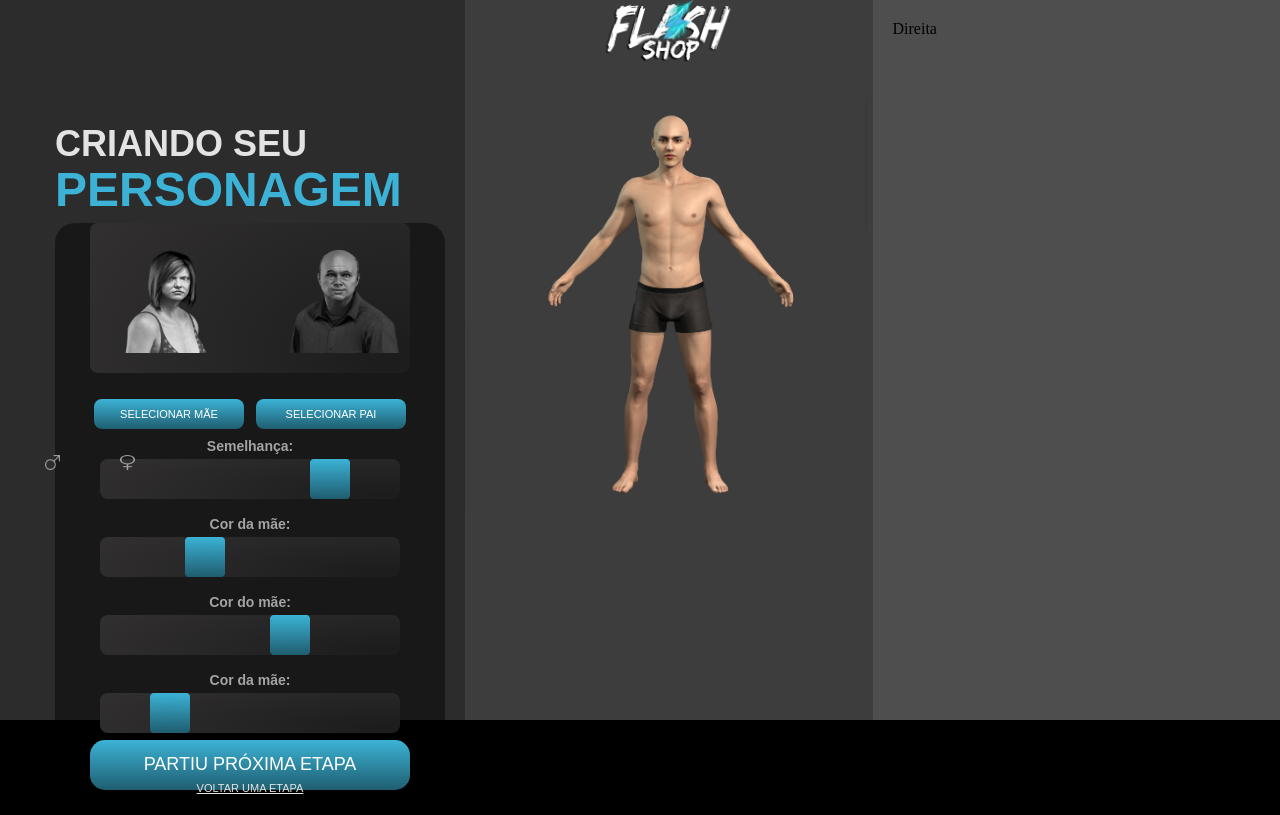
Repository: DuMCorrea/CriandoPerso
Page: index.html
The author's editor kept a copy of each file at every save. The page is drawn from the files as they stood at one save, then again after a run of saves.
The browser window is 1280 px wide. The pictures show the whole page.

Above is the page before, as saved 2024-08-29 15:35:41.

### index.html
<!DOCTYPE html>
<html lang="en">
<head>
    <meta charset="UTF-8">
    <meta name="viewport" content="width=device-width, initial-scale=1.0">
    <title>Dividindo a Tela com Imagens</title>
    <link rel="stylesheet" href="styles.css">
</head>
<body>
    <div class="container">
        <div class="left">
            <h1 class="title">
                <span class="part1">CRIANDO SEU</span>
                <span class="part2">PERSONAGEM</span>
            </h1>
            <div class="vertical-rectangle">
                <div class="image-rectangle">
                    <img src="assets/mulher.png" alt="Imagem 1" class="rectangle-image">
                    <img src="assets/homem.png" alt="Imagem 2" class="rectangle-image">
                </div>
                <div class="button-group">
                    <button class="top-button">SELECIONAR MÃE</button>
                    <button class="top-button">SELECIONAR PAI</button>
                </div>
                <div class="rectangles-group">
                    <div class="image-container">
                        <img src="assets/Fem.png" alt="Imagem 1" class="small-image left-image">
                        <img src="assets/Masc.png" alt="Imagem 2" class="small-image right-image">
                    </div>
                    <div class="rectangle-title">Semelhança:</div>
                    <div class="gradient-rectangle">
                        <img src="assets/quadradoAzul.png" alt="Imagem 1" class="small-image1">
                    </div>

                    <div class="rectangle-title">Cor da mãe:</div>
                    <div class="gradient-rectangle">
                        <img src="assets/quadradoAzul.png" alt="Imagem 2" class="small-image2">
                    </div>

                    <div class="rectangle-title">Cor do mãe:</div>
                    <div class="gradient-rectangle">
                        <img src="assets/quadradoAzul.png" alt="Imagem 3" class="small-image3">
                    </div>

                    <div class="rectangle-title">Cor da mãe:</div>
                    <div class="gradient-rectangle">
                        <img src="assets/quadradoAzul.png" alt="Imagem 4" class="small-image4">
                    </div>
                </div>
                <button class="rectangle-button">PARTIU PRÓXIMA ETAPA</button>
                <button class="back-button">VOLTAR UMA ETAPA</button>
            </div>
        </div>
        <div class="center">
            <img src="assets/FlashStore 1 (1).png" alt="Imagem 1" class="top-image">
            <img src="assets/boneco 2.png" alt="Imagem 2" class="center-image">
        </div>
        <div class="right">Direita</div>
    </div>
</body>

</html>

### styles.css
body, html {
    margin: 0;
    padding: 0;
    height: 100%;
    display: flex;
    justify-content: center;
    align-items: center;
    background-color: #000; /* Fundo escuro */
}

.container {
    display: flex;
    width: 100%;
    height: 100%;
}

.container > div {
    flex: 1; /* Cada div ocupa 1/3 do espaço disponível */
    height: 100%;
    padding: 20px;
    box-sizing: border-box;
}



/* PARTE ESQUERDA */



.left {
    background-color: #2c2c2c;
    display: flex;
    flex-direction: column;
    justify-content: flex-start;
    align-items: flex-start;

}

.title {
    margin: 100px 0 0 0; /* Adiciona margem superior para mover o título para baixo */
    padding: 0;
}

.part1 {
    font-family: 'Baloo Bhai', sans-serif;
    font-size: 36px;
    font-weight: 700; /* Aumenta o peso da fonte para deixá-la mais grossa */
    line-height: 48px;
    text-align: left;
    color: #E3E3E3;
    display: block;
    margin-bottom: -10px; /* Reduz a distância entre as duas partes do título */
    margin-left: 35px;
}

.part2 {
    font-family: 'Baloo Bhai', sans-serif;
    font-size: 48px;
    font-weight: 700; /* Aumenta o peso da fonte para deixá-la mais grossa */
    line-height: 64px;
    text-align: left;
    color: #3CB3D6;
    display: block;
    margin-left: 35px;
}

.vertical-rectangle {
    width: 390px; /* Largura do retângulo */
    height: 630px; /* Altura do retângulo */
    background: #00000075; /* Cor de fundo com opacidade */
    border-radius: 20px; /* Bordas arredondadas */
    margin-left: 35px; /* Alinhamento com o título */
    margin-top: 1px; /* Espaço entre o título e o retângulo */
    display: flex;
    flex-direction: column;
    justify-content: space-between; /* Distribui o espaço */
    align-items: center; /* Centraliza os conteúdos */
}


.rectangle-button {
    width: 320px; /* Largura do botão */
    height: 50px; /* Altura do botão */
    background: linear-gradient(180deg, #3CB3D6 0%, #1F5E70 100%); /* Gradiente de cor */
    border-radius: 15px; /* Bordas arredondadas */
    border: none; /* Remove borda padrão do botão */
    color: white; /* Cor do texto */
    font-family: 'Baloo Bhai', sans-serif;
    font-size: 18px; /* Tamanho do texto */
    display: flex;
    justify-content: center; /* Centraliza horizontalmente */
    align-items: center; /* Centraliza verticalmente */
    margin-bottom: -15px; /* Ajusta o espaçamento superior */
    cursor: pointer;
}

.back-button {
    background: none; /* Remove o fundo */
    border: none; /* Remove a borda */
    color: #E3E3E3; /* Cor do texto */
    font-family: 'Baloo Bhai', sans-serif;
    font-size: 11px; /* Tamanho do texto */
    margin-bottom: 20px; /* Espaçamento superior ajustado */
    text-decoration: underline; /* Adiciona sublinhado */
    cursor: pointer; /* Muda o cursor ao passar por cima */
}


.button-group {
    display: flex;
    justify-content: space-between; /* Espaça os botões igualmente */
    width: 0%; /* Largura igual à do retângulo */
    padding: 10px 20px; /* Adiciona espaçamento ao redor dos botões */
}

.top-button {
    width: 50px; /* Largura dos botões */
    height: 40px; /* Altura dos botões */
    background: linear-gradient(180deg, #3CB3D6 0%, #1F5E70 100%); /* Gradiente de cor */
    border-radius: 15px; /* Bordas arredondadas */
    border: none; /* Remove borda padrão do botão */
    color: white; /* Cor do texto */
    font-family: 'Baloo Bhai', sans-serif;
    font-size: 16px; /* Tamanho do texto */
    display: flex;
    justify-content: center; /* Centraliza horizontalmente */
    align-items: center; /* Centraliza verticalmente */
    cursor: pointer;
}




.gradient-rectangle {
    width: 300px; /* Largura igual ao botão */
    height: 40px; /* Altura padrão para cada retângulo, ajuste conforme necessário */
    background: radial-gradient(547.21% 823.76% at 94.51% 88.04%, #1D1C1C 0%, #837E7E 100%);
    border-radius: 8px; /* Bordas arredondadas, igual ao botão */
    margin-bottom: 1px; /* Diminui a distância entre os retângulos */
    margin-top: 38px;
    margin-left: 0px;
}

.rectangle-title {
    width: 300px; /* Largura igual ao botão e retângulos */
    height: 30px; /* Altura do título */
    border-radius: 8px; /* Bordas arredondadas */
    display: flex;
    align-items: center; /* Centraliza verticalmente o texto */
    justify-content: center; /* Centraliza horizontalmente o texto */
    color: #A4A4A4; /* Cor do texto */
    font-weight: 700;
    font-family: 'Baloo Bhai', sans-serif;
    font-size: 14px; /* Tamanho do texto */
    margin-bottom: -40px; /* Espaçamento entre o título e o retângulo */
    margin-top: 10px;

}

.image-container {
    width: 50%;
    display: flex;
    justify-content: space-between; /* Coloca uma imagem em cada lado */
    position: absolute; /* As imagens ficam fora do fluxo normal */
    top: 10px; /* Ajusta a posição acima do retângulo */
    padding: 0 10px; /* Espaçamento lateral entre as bordas */
}

.small-image {
    width: 15px; /* Define o tamanho da imagem */
    height: 15px;
}

.left-image {
    position: relative;
    left: 10px;
    top: 445px;
}

.right-image {
    position: relative;
    right: 690px;
    top: 445px
}

.small-image1 {
    width: 40px;
    height: 40px;
    left: 210px;
    position: relative;
}
.small-image2 {
    width: 40px;
    height: 40px;
    left: 85px;
    position: relative;
}
.small-image3 {
    width: 40px;
    height: 40px;
    left: 170px;
    position: relative;
}
.small-image4 {
    width: 40px;
    height: 40px;
    left: 50px;
    position: relative;
}

.button-group {
    display: flex;
    justify-content: space-between; /* Espaça os botões igualmente */
    width: 80%; /* Largura do grupo de botões */
    height: 1%;
    top: 10px;
    position: relative;
}

.top-button {
    width: 150px; /* Largura dos botões */
    height: 30px; /* Altura dos botões */
    background: linear-gradient(180deg, #3CB3D6 0%, #1F5E70 100%); /* Gradiente de cor */
    border-radius: 8px; /* Bordas arredondadas */
    border: none; /* Remove borda padrão do botão */
    color: white; /* Cor do texto */
    font-family: 'Baloo Bhai', sans-serif;
    font-size: 11px; /* Tamanho do texto */
    cursor: pointer;
}

.rectangles-group {
    margin-top: 10px; /* Ajusta o espaçamento superior */
}

.image-rectangle {
    width: 300px; /* Largura do retângulo */
    height: 150px; /* Altura do retângulo */
    background: radial-gradient(547.21% 823.76% at 94.51% 88.04%, #1D1C1C 0%, #837E7E 100%); /* Gradiente de fundo */
    border-radius: 8px; /* Bordas arredondadas */
    display: flex;
    justify-content: space-between; /* Espaça as imagens igualmente */
    align-items: center; /* Centraliza verticalmente */
    padding: 0 10px; /* Espaçamento lateral interno */
}

.rectangle-image {
    width: 110px; /* Largura das imagens */
    height: 110px; /* Altura das imagens */
}

/* PARTE CENTRAL */



.center {
    background-color: #3d3d3d; /* Cor de fundo para a div central */
    display: flex;
    flex-direction: column;
    align-items: center;
    justify-content: space-between; /* Distribui o espaço entre as imagens */
}


.top-image {
    max-width: 40%;
    height: auto;
    margin-top: -60px;
}

.center-image {
    max-width: 200%;
    height: auto;
    margin-top: auto; /* Centraliza verticalmente */
    margin-bottom: 200px;
}


/* PARTE DIREITA */



.right {
    background-color: #4e4e4e; /* Cor de fundo para a div direita */
}

After the next 2 saves:
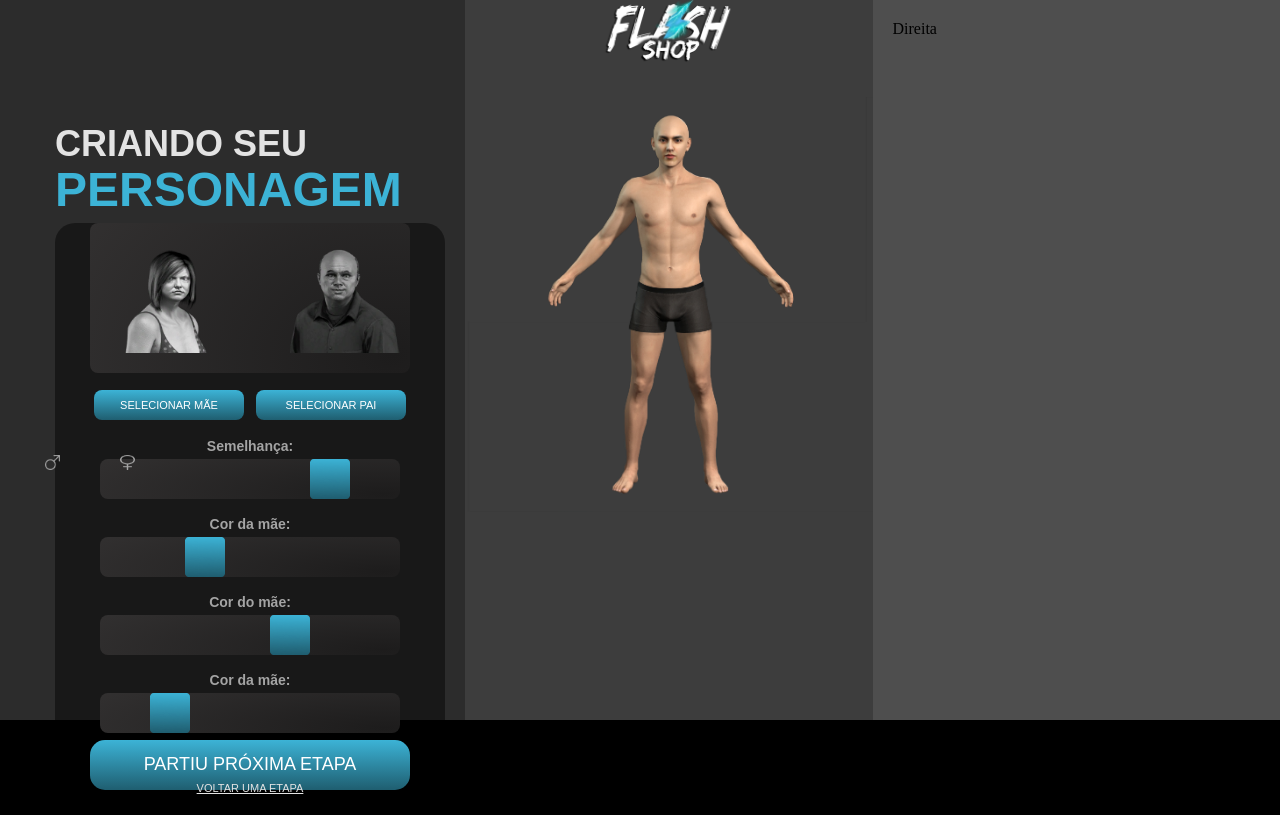
The 2 saves are shown as one change because they came seconds apart.
The last was saved 28 s later.
--- a/styles.css
+++ b/styles.css
@@ -213,7 +213,7 @@
     justify-content: space-between; /* Espaça os botões igualmente */
     width: 80%; /* Largura do grupo de botões */
     height: 1%;
-    top: 10px;
+    top: 1px;
     position: relative;
 }
 
